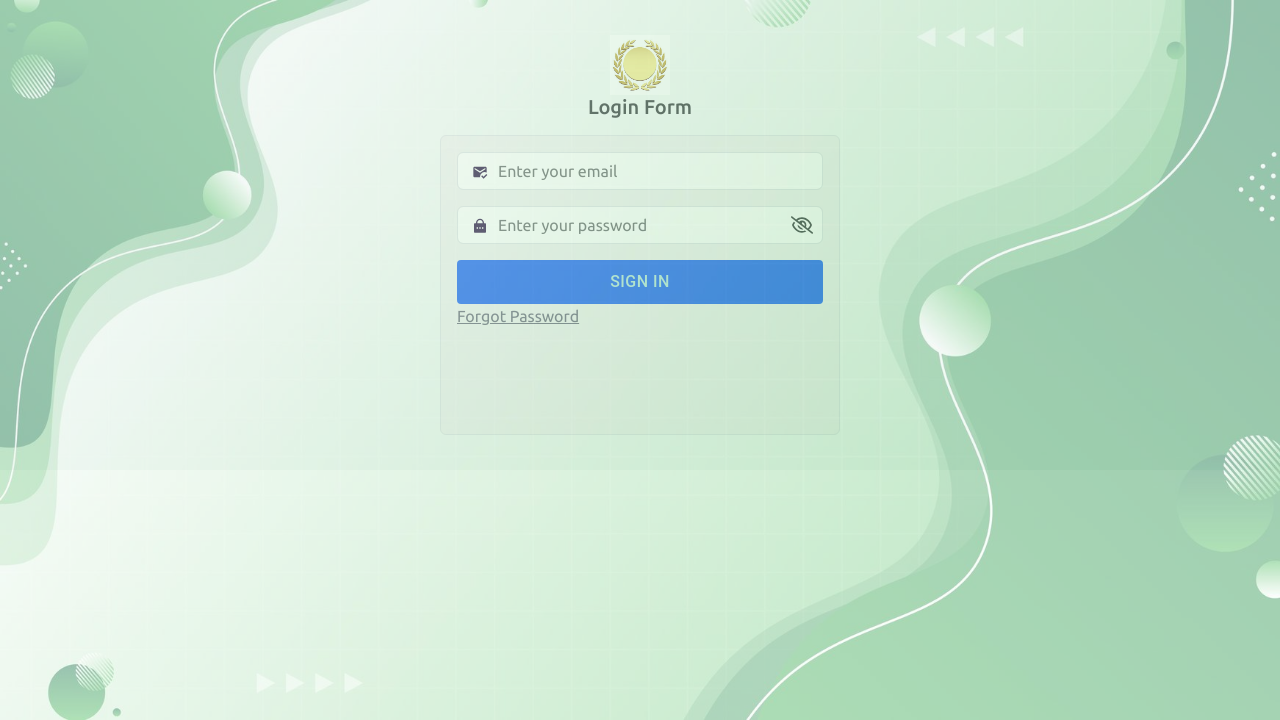
Repository: gautamsonam011/admin-react-dashboard
Page: /login
The author's editor kept a copy of each file at every save. The page is drawn from the files as they stood at one save, then again after the next save.
The browser window is 1280 px wide. The pictures show the whole page.
The pointer rests on the first visible `.forgotPassword`.
The project was rebuilt for these pictures with package versions that can differ from the ones it lists, and the page was loaded fresh each time. Also part of the build but not shown: src/components/DashboardBox.jsx, src/pages/Dashboard/Dashboard.jsx.

Above is the page before, as saved 2025-04-23 22:26:24.

### src/App.css
@import url('https://fonts.googleapis.com/css2?family=Ubuntu:ital,wght@0,300;0,400;0,500;0,700;1,300;1,400;1,500;1,700&display=swap');

body{
  font-family: "Ubuntu", sans-serif !important;
  background-color: #f4f8f7;

}

header{
  width:100%;
  height: 70px;
  background-color:#62bebe;
  position: fixed;
  top:0px;
  left:0px;
  z-index: 1000;
}
header .logo{
  text-decoration: none;
}
header .logo img{
  margin-top: 10px;
  width:45px;

}

header .logo span{
color: coral;
font-weight: bolder;
font-size: 24px;
}
header button.rounded-circle{min-width:40px !important; width:40px !important; height: 40px !important; background-color:#0ff7d8 !important; margin: 15px;}
header button.rounded-circle svg{color:rgb(29, 27, 27); font-size: 25px !important; transition: all 0.2s ease-in-out;}
header button.rounded-circle:hover svg{color: #2585d4 !important;}
.searchBox{width:400px; height: 40px; background-color:#faf9f9; border-radius: 6px;padding: 3px 15px;}
.searchBox input{background: transparent;border:0px; outline:none; padding-left: 5px; font-size: 15px; color:#292929}
.searchBox input::-webkit-input-placeholder{color:#292929}
.searchBox svg{font-size: 18px; color:#292929 ;}

.userImg{display: flex; align-items:center; justify-content: center; overflow: hidden; width:40px; height: 40px; border:1px solid #0ff7d8; padding: 2px; border-radius: 100%;}
.userImg .rounded-circle{display: flex; align-items:center; justify-content: center; overflow: hidden; width: 40px; height: 40px; cursor: pointer; position: relative;}
.userImg .rounded-circle .img{object-fit: cover; width: 100%;}
.userInfo{padding-left: 10px;}
.userInfo h5{font-size: 15px; font-weight: 600; margin-bottom:0px; color: #266666;}

#account-menu li{font-size: 14px !important;}
#account-menu li svg{font-size: 20px !important}

.dropdown-info{padding-left: 6px;}
.dropdown-info h4{font-size: 15px; font-weight:600;margin-top: 2px; white-space: break-space; line-height: 21px;}
.dropdown-info p{font-size: 10px; color: #2585d4;}


/* Style for sidebar  */

.main .sidebarWrapper{width: 20%; flex: 0 0 20%; transition: all 0.3s ease-in-out;}
.main .sidebarWrapper.toggle{width: 0%; flex: 0 0 0%;}
.btn-signin{padding: 7px 20px !important; background:#266666 !important; color: #f4f8f7 !important; font-weight: bold !important; border-radius:20px !important;}
.main .sidebarWrapper .sidebar{width:20%; height: 100vh; max-height: calc(100%-70px); position:fixed; top: 70px; left:0px; background:#b1e4dd; overflow-y: scroll; overflow-x: hidden; padding-bottom: 40px; transition: all 0.3s ease-in-out;}
.main .sidebarWrapper.toggle .sidebar{left:-100%;}

.main .sidebarWrapper .sidebar::-webkit-scrollbar-thumb{background: transparent !important; width:3px;}
.main .sidebarWrapper:hover .sidebar::-webkit-scrollbar{ background:#2585d4; width:3px;}
.main .sidebarWrapper .sidebar ul{margin-bottom:0px;}
.main .sidebarWrapper .sidebar ul li{list-style: none; margin-top:10px;}
.main .sidebarWrapper .sidebar ul li button{color:#266666; text-align: left; justify-content: left; border-radius:0px !important; padding: 12px 15px !important;
  align-items: center; text-transform: capitalize !important;font-family: "Ubuntu", sans-serif !important;
  margin-left: 0px; font-size: 15px !important;
}
.main .sidebarWrapper .sidebar ul li button .icon{display: flex; align-items:center; justify-content: center; width:25px; height:25px; margin-right: 10px;}
.main .sidebarWrapper .sidebar ul li button .icon svg{color:#292929; opacity: 0.8; font-size: 22px;}
.main .sidebarWrapper .sidebar ul li button .arrow{margin-left: auto; display: flex; align-items: center; justify-content: center; width: 25px; transition: all 0.3s ease-in-out}
.main .sidebarWrapper .sidebar ul li button:hover{background:#62bebe !important;}
.main .sidebarWrapper .sidebar ul li button.active{background: #62bebe !important;}
.main .sidebarWrapper .sidebar ul li button.active .arrow{transform: rotate(90deg);}

.main .sidebarWrapper .sidebar ul .submenu{padding: 0px 45px; position:relative; height:auto;}
.main .sidebarWrapper .sidebar ul .submenu::before{content:''; width:1px; height: 95%; position: absolute; top:0px; left:25px; background:rgba(0, 0, 0, 0.1);}
.main .sidebarWrapper .sidebar ul .submenu li{width:100%; list-style: none;}
.main .sidebarWrapper .sidebar ul .submenu li a{color:#266666 !important; text-decoration: none; font-family: "Ubuntu", sans-serif !important;
display: block; padding: 6px 0px; font-size: 14px !important; font-weight: 500; transition:all 0.3s}
.main .sidebarWrapper .sidebar ul .submenu li a:hover{color:#2585d4 !important;}

.main .sidebarWrapper .sidebar ul .submenuWrapper{transition:all 0.3s ease-in-out; height: 0px; overflow: hidden; }
.main .sidebarWrapper .sidebar ul .submenuWrapper.colapsed .submenu{opacity:0;}

.main .sidebarWrapper .sidebar ul .submenuWrapper.colapse{height:auto; overflow: inherit;}
.main .sidebarWrapper .sidebar ul .submenuWrapper.colapse .submenu{opacity:1; height:auto;}

.logoutWrapper{padding: 0px 25px;}
.logoutWrapper .logoutBox{width:100%; height:100px; padding: 25px; background:#bcd2fd; border-radius:10px; margin-bottom:20px; display:flex; align-items: center; justify-content: center;
position:relative; overflow:hidden;}
.logoutWrapper .logoutBox::before{content:''; width:50px; height:50px; background:#266666; border-radius: 100%; position:absolute; top: -20px; right: 30px; opacity:0.5}
.logoutWrapper .logoutBox::after{content:''; width:30px; height:30px; background:#266666; border-radius: 100%; position:absolute; top: -30px; left: 30px; opacity:0.5}
.logoutWrapper .logoutBox button{font-size:14px !important; font-weight: 600 !important; }
.logoutWrapper .logoutBox button svg{margin-right: 15px; font-size:18px;}

.main .content{width:80%; flex: 0 0 80%; transition: all 0.3s ease-in-out;}
.main .content.toggle{width:100%; flex: 0 0 100%;}

.dashboardBoxWrapperRow{margin-left: 20%;}
.right-content{padding: 90px 30px;}
.dashboardBoxWrapper{gap: 15px; width:100%; flex-wrap: wrap;}
.dashboardBoxWrapper .dashboardBox{width:48%; height: 170px; border-radius:10px; overflow: hidden; padding:20px; display: flex; flex-direction: column; justify-content: space-around; text-align: left !important; justify-content: flex-start;}
.dashboardBoxWrapperRow .box{width:100%; height: 100%; background:#0ff7d8;}

.dashboardBoxWrapper .dashboardBox .col1 h4{font-size: 20px; font-weight: 600;}
.dashboardBoxWrapper .dashboardBox .col1 span{font-size: 40px; font-weight: bold;}
.dashboardBoxWrapper .dashboardBox .icon { margin-left: 180px; display: flex; align-items:center; justify-content: center; width:45px; height: 45px; border-radius:5px; background-image: linear-gradient(to bottom right, rgba(0, 0, 0, 0), rgba(0, 0, 0, 0.2));}
.dashboardBoxWrapper .dashboardBox .icon svg{font-size: 45px; opacity: 0.1; color:#f4f8f7}

.dashboardBoxWrapper .dashboardBox button.toggleIcon {font-size: 22px; color:rgba(0,0,0,0.5); cursor: pointer; min-width: 40px !important; width: 40px !important; height: 40px !important; border-radius: 50% !important; margin-left: 170px; border-right: none; opacity: 0.3;}

.dashboardBoxWrapperRow .dashboardBoxWrapper .dashboardBox .chart{position:absolute; opacity: 0.1;}
.dashboardBoxWrapperRow .dashboardBoxWrapper .dashboardBox .chart svg{font-size: 150px; color: #000;}

/*  style for Login page */

.loginSection{
  width: 100%; height: 100hv; padding: 35px 25px;
  background:#f4f8f7; position: relative;
}
.loginbgimage{width:100%; height: 100%; opacity: 0.4; position: fixed; top: 0; left: 0; z-index: 99; pointer-events: none;}
.loginSection .loginBox{width: 400px; height: auto; margin: auto;}
.loginSection .loginBox .wrapper{width:100%; height: 300px; background: #f0f0f0;}
.full{max-width: 100% !important; flex: 0 0 100% !important; width: 100% !important;}
.loginSection .loginBox .wrapper .form-control{box-shadow: none !important; outline: none !important; padding-left: 40px;}
.loginSection .loginBox .wrapper .form-control:focus{border: 1px solid #0858f7 !important;}
.loginSection .loginBox .wrapper .form-group .icon{position: absolute; top: 6px; left: 15px; z-index: 100;}
.loginSection .loginBox .wrapper .form-group.focus .icon svg{color:#0858f7 !important;}
.loginSection .loginBox .wrapper .form-group .icon svg{color:#5e5d72;}
.toggleShowPassword{position: absolute; top: 5px; right: 10px; cursor: pointer;}
.toggleShowPassword svg{font-size: 22px;}
.btn-big{padding: 8px 25px !important; background:#0858f7 !important; color:#b1e4dd !important; font-size: 16px !important;}
.forgotPassword{color: #5e5d72;}
/* Registration Form */

### src/components/Sidebar/index.jsx
import Button from '@mui/material/Button';
import { RiDashboardLine } from "react-icons/ri";
import { IoIosArrowForward } from "react-icons/io";
import { TbBrandProducthunt } from "react-icons/tb";
import { TiShoppingCart } from "react-icons/ti";
import { MdOutlineMessage } from "react-icons/md";
import { IoNotifications } from "react-icons/io5";
import { MdOutlineSettings } from "react-icons/md";
import { Link } from 'react-router-dom';
import React, { useState} from "react";
import { RiLogoutCircleRLine } from "react-icons/ri";
// import { MyContext } from '../../App';

const Sidebar = () =>{
    const [activeTab, setActiveTab] = useState(0);
    const [isToggleSubmenu, setIsToggleSubmenu] = useState(false);

    // const context = useContext(MyContext);

    const isOpenSubmenu = (index) =>{
        setActiveTab(index);
        setIsToggleSubmenu(!isToggleSubmenu);


    }

    return(
        <div className="sidebar">
            <ul>
                <li>
                    <Link to="/">
                    <Button className={`w-100 ${activeTab === 0 ? 'active' : ''}`} onClick={()=>isOpenSubmenu(0)}>
                        <span className='icon'><RiDashboardLine/></span>
                        Dashboard
                        <span className="arrow"><IoIosArrowForward/></span>
                    </Button>
                    </Link>
                </li>
                <li>
                    <Button className={`w-100 ${activeTab === 1 && isToggleSubmenu===true ?  'active' : ''}`} onClick={()=>isOpenSubmenu(1)}>
                        <span className='icon'><TbBrandProducthunt/></span>
                        Products
                        <span className="arrow"><IoIosArrowForward/></span>
                    </Button>
                    <div className={`submenuWrapper ${activeTab===1 && isToggleSubmenu===true ? 'colapse':'colapsed'}`}>
                    <ul className='submenu'>
                        <li><Link to="#">Product Add</Link></li>
                        <li><Link to="#">Product List</Link></li>
                        <li><Link to="#">Product View</Link></li>
                    </ul>
                    </div>
                </li>
                <li>
                    <Link to="/">
                    <Button className={`w-100 ${activeTab === 2 ? 'active' : ''}`} onClick={()=>isOpenSubmenu(2)}>
                        <span className='icon'><TiShoppingCart/></span>
                        Orders
                        <span className="arrow"><IoIosArrowForward/></span>
                    </Button>
                    </Link>
                </li>
                <li>
                    <Link to="/">
                    <Button className={`w-100 ${activeTab === 3 ? 'active' : ''}`} onClick={()=>isOpenSubmenu(3)}>
                        <span className='icon'><MdOutlineMessage/></span>
                        Messages
                        <span className="arrow"><IoIosArrowForward/></span>
                    </Button>
                    </Link>
                </li>
                <li>
                    <Link to="/">
                    <Button className={`w-100 ${activeTab === 4 ? 'active' : ''}`} onClick={()=>isOpenSubmenu(4)}>
                        <span className='icon'><IoNotifications/></span>
                        Notifications
                        <span className="arrow"><IoIosArrowForward/></span>
                    </Button>
                    </Link>
                </li>
                <li>
                    <Link to="/">
                    <Button className={`w-100 ${activeTab === 5 ? 'active' : ''}`} onClick={()=>isOpenSubmenu(5)}>
                        <span className='icon'><MdOutlineSettings /></span>
                        Settings
                        <span className="arrow"><IoIosArrowForward/></span>
                    </Button>
                    </Link>
                </li>
            </ul>
            <br/>
            <div className="logoutWrapper">
                <div className="logoutBox">
            <Button variant="outlined"> <RiLogoutCircleRLine/>Logout</Button>
            </div>
            </div>
        </div>
    )
}

export default Sidebar

### src/pages/Login/index.jsx
import logo from '../../assests/images/logo.jpg';
import bgImage from '../../assests/bg.jpg';

import { MyContext } from '../../App';
import { useContext, useEffect, useState } from 'react';
import { MdMarkEmailRead } from "react-icons/md";
import { RiLockPasswordFill } from "react-icons/ri";
import { FaRegEyeSlash } from "react-icons/fa6";
import { FaEye } from "react-icons/fa";
import Button from '@mui/material/Button';
import { Link } from 'react-router-dom';

const Login = () => {
    const context = useContext(MyContext);
    const [inputIndex, setInputIndex] = useState(null);
    const [isShowPassword, setisShowPassword] = useState(false);
    const focusInput = (index) => {
        setInputIndex(index);
    }

    useEffect(() => {
        context.setisHideSidebarHeader(true);
    }, []);

    return (
        <>
            <img src={bgImage} className='loginbgimage' alt="bgimage" />
            <section className="loginSection">
                <div className="loginBox">
                    <div className="loginLogo text-center">
                        <img src={logo} alt="Logo" width="60px" />
                        <h5 className='font-weight-bold'>Login Form</h5>
                    </div>

                    <div className='wrapper mt-3 card border p-3'>
                        <form>
                            <div className={`form-group mb-3 position-relative ${inputIndex === 0 && 'focus'}`}>
                                <span className="icon"><MdMarkEmailRead /></span>
                                <input type="email" className='form-control' placeholder='Enter your email' onFocus={() => focusInput(0)} onBlur={() => setInputIndex(null)} />
                            </div>
                            <div className={`form-group mb-3 position-relative ${inputIndex === 1 && 'focus'}`}>
                                <span className="icon"><RiLockPasswordFill /></span>
                                <input type={`${isShowPassword === true ? 'text' : 'password'}`} className='form-control' placeholder='Enter your password' onFocus={() => focusInput(1)} onBlur={() => setInputIndex(null)} />
                                <span className="toggleShowPassword" onClick={() => setisShowPassword(!isShowPassword)}>
                                    {
                                        isShowPassword === true ? <FaEye /> : <FaRegEyeSlash />
                                    }

                                </span>
                            </div>
                            <div className='form-group'>
                                <Button className="btn-lg w-100 btn-big">Sign In</Button>
                            </div>
                            <div className='form-group'>
                                <Link to={'forgot-password'} className="forgotPassword">Forgot Password</Link>
                            </div>
                        </form>
                    </div>
                </div>
            </section>
        </>
    )
}
export default Login;

### src/components/SearchBox.jsx
import { FaSearch } from "react-icons/fa";

const SearchBox = () =>{
    return (
        <div className="searchBox position-relative d-flex align-items-center">
            <FaSearch className="mr-2" />
            <input type="text" placeholder="Search here"  />
        </div>
    )
}

export default SearchBox;

Loaded but not shown: public/index.html (common file); src/index.js (common file); src/reportWebVitals.js (common file); public/manifest.json (common file); src/App.js (57 lines, source omitted); src/components/Header/index.jsx (239 lines, source omitted)

After the next save:
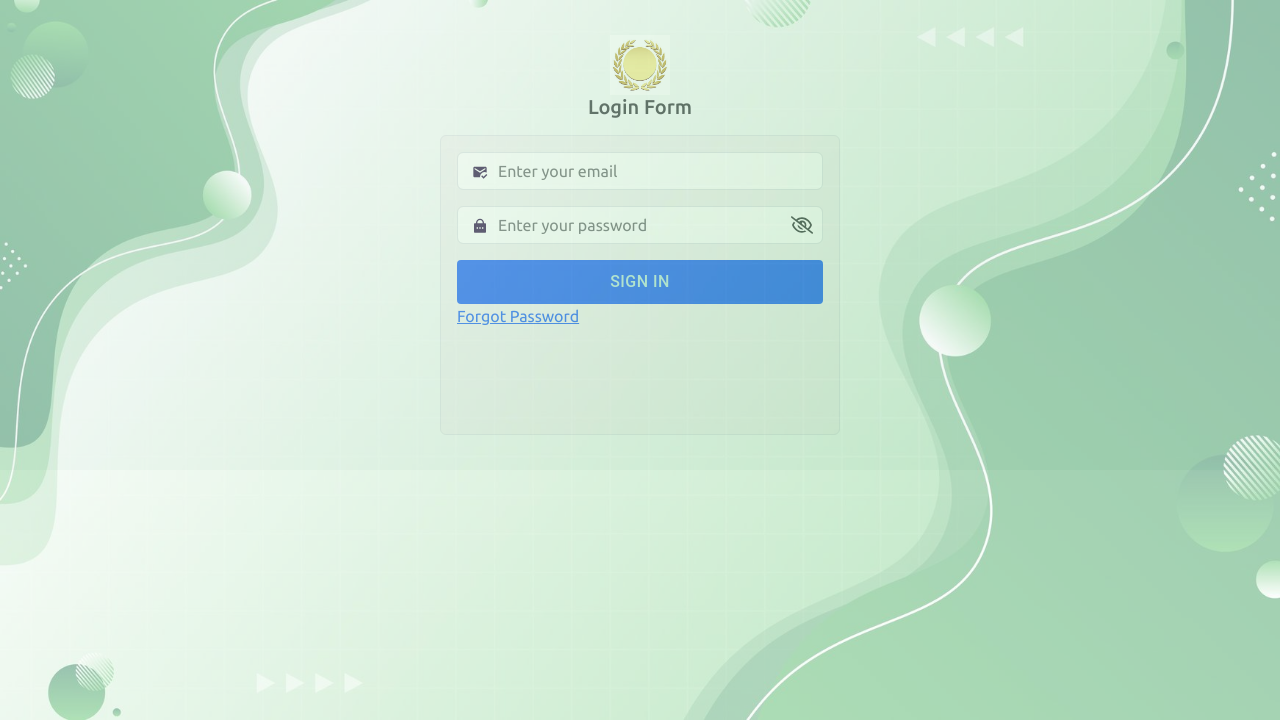
Saved 92 s later.
--- a/src/App.css
+++ b/src/App.css
@@ -133,4 +133,6 @@ position:relative; overflow:hidden;}
 .toggleShowPassword svg{font-size: 22px;}
 .btn-big{padding: 8px 25px !important; background:#0858f7 !important; color:#b1e4dd !important; font-size: 16px !important;}
 .forgotPassword{color: #5e5d72;}
+.forgotPassword:hover{color:#0858f7 !important;}
+
 /* Registration Form */
